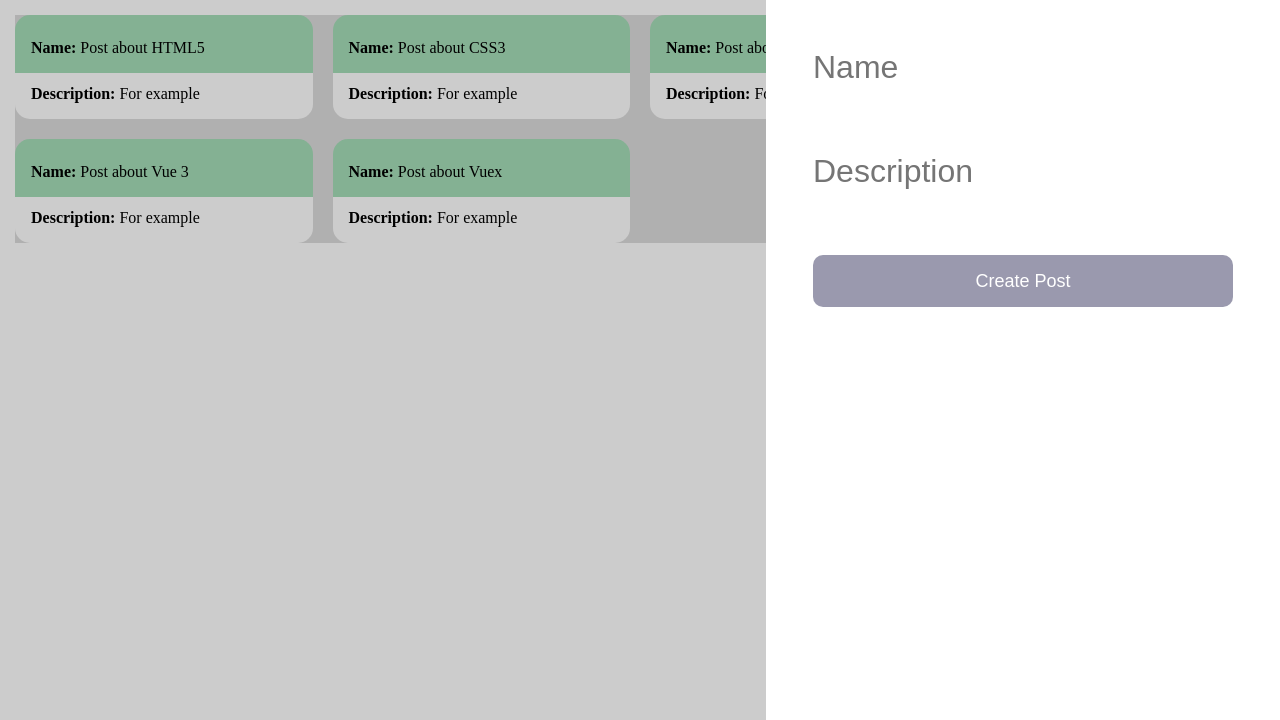
Repository: Axeliriya/vue-todo
Page: /
These files come from the project's save history. The page is drawn as it stood at one moment and after the next save; the edit follows.
The browser window is 1280 px wide. The pictures show the whole page.
The pointer rests on the first visible `.button`.
The project was rebuilt for these pictures with package versions that can differ from the ones it lists, and the page was loaded fresh each time. Also part of the build but not shown: vue.config.js.

Above is the page before, as saved 2022-04-01 17:33:28.

After the next save:
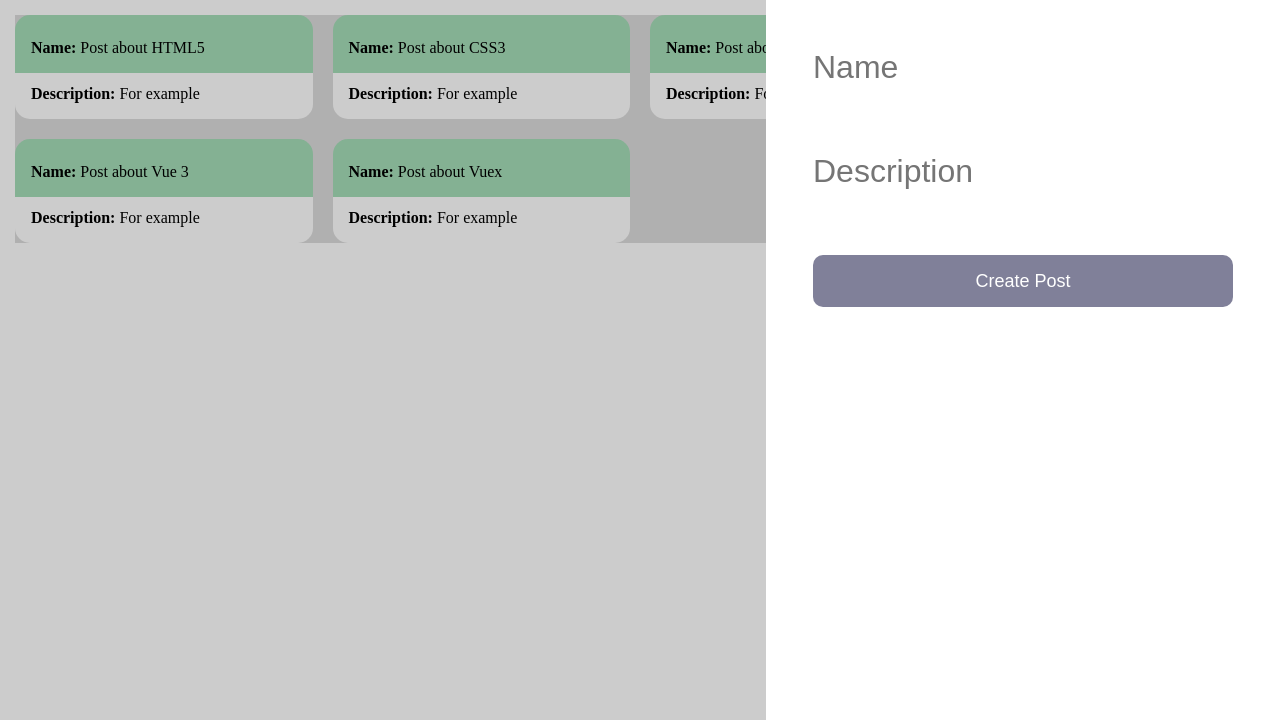
Saved 25 s later.
--- a/src/App.vue
+++ b/src/App.vue
@@ -108,6 +108,10 @@ img {
   cursor: pointer;
 }
 
+.button:hover {
+  background: rgb(3, 2, 53, 0.5);
+}
+
 .posts {
   display: grid;
   grid-template-columns: repeat(4, 1fr);
